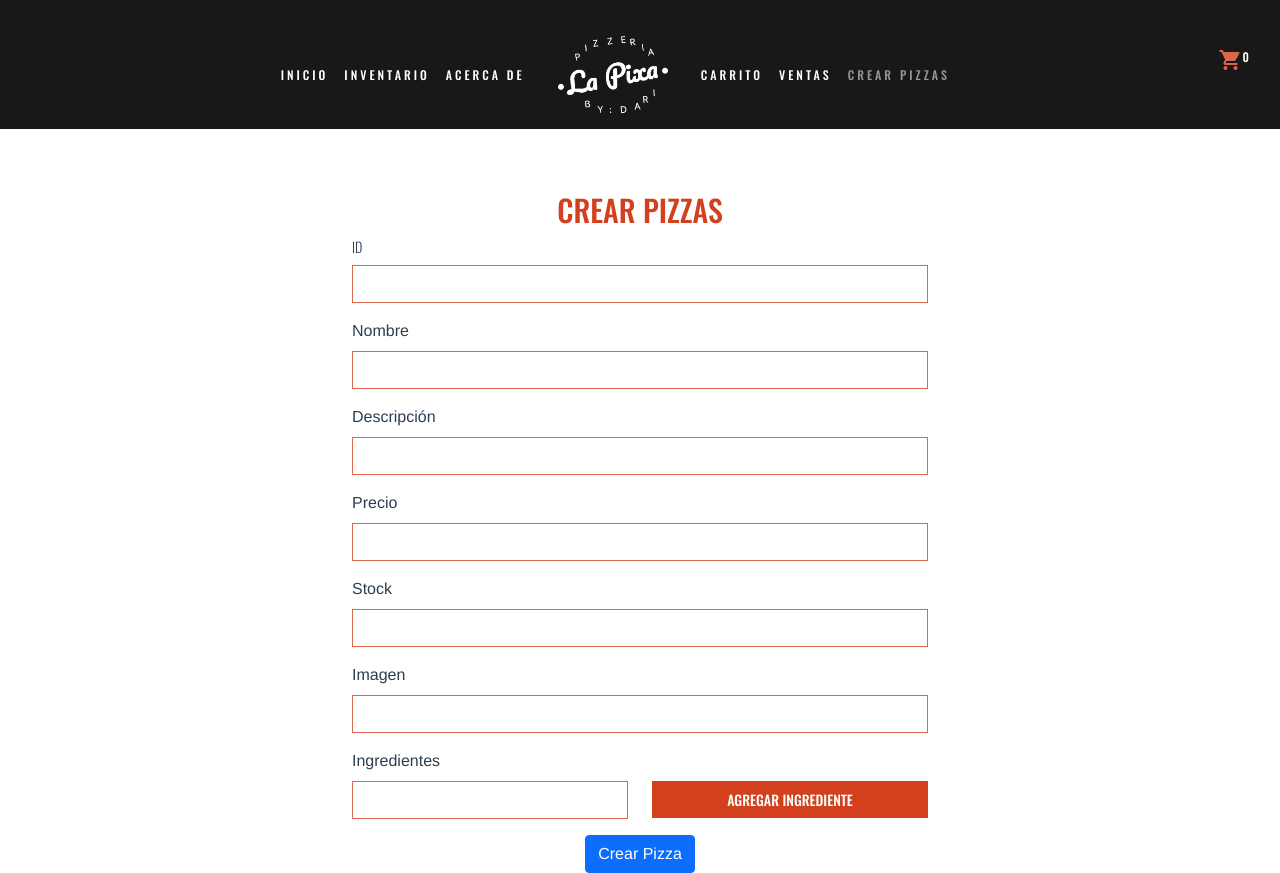
Repository: Darigo30/prueba-vue-dari-pizza
Page: /crearPizzas
The author's editor kept a copy of each file at every save. The page is drawn from the files as they stood at one save, then again after the next save.
The browser window is 1280 px wide. The pictures show the whole page.
The project was rebuilt for these pictures with package versions that can differ from the ones it lists, and the page was loaded fresh each time. Also part of the build but not shown: src/views/Home.vue.

Above is the page before, as saved 2021-05-23 22:52:30.

After the next save:
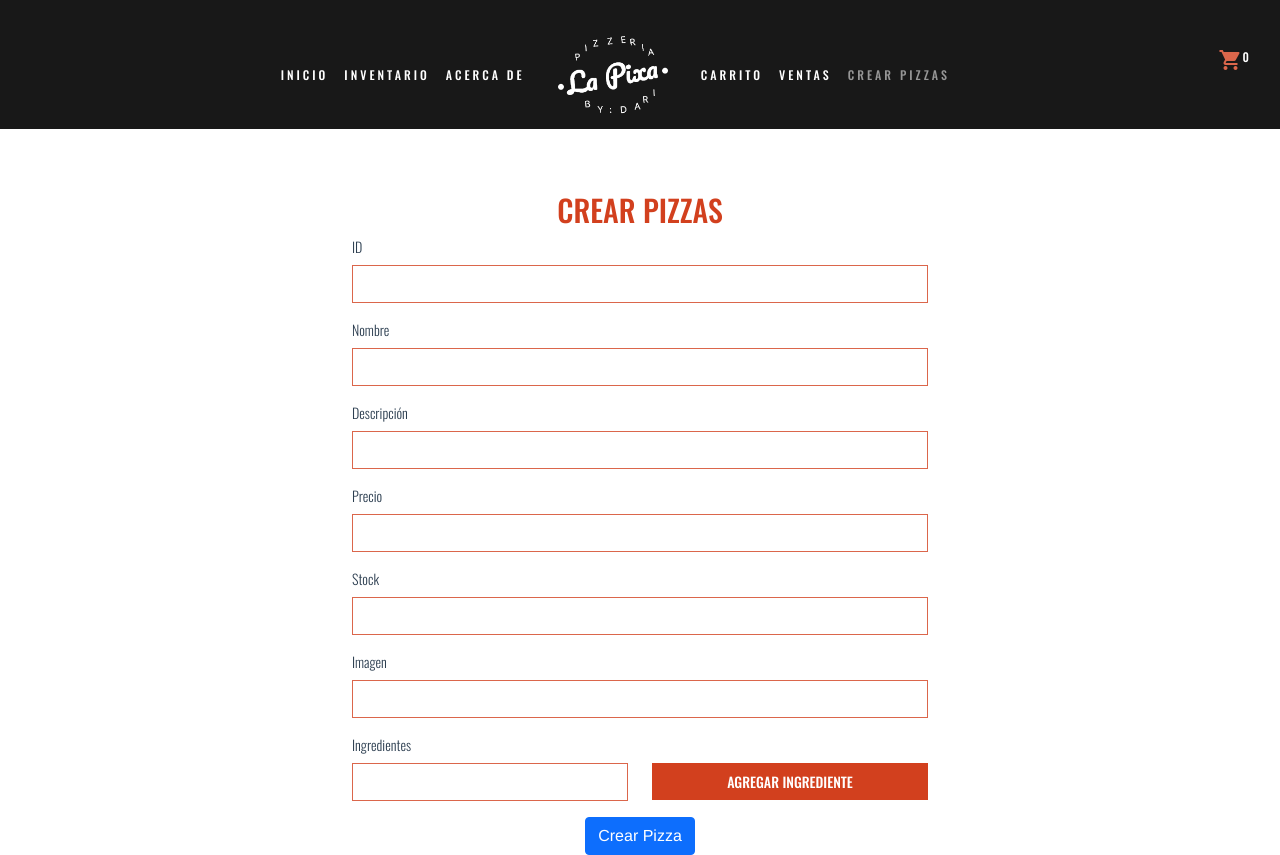
Saved 29 s later.
--- a/src/views/CrearPizzas.vue
+++ b/src/views/CrearPizzas.vue
@@ -9,27 +9,27 @@
             <input type="text" class="form-control bord-fo" v-model="pizza.id" />
           </div>
           <div class="mb-3 text-start">
-            <label class="form-label">Nombre</label>
+            <label class="form-label descrip">Nombre</label>
             <input type="text" class="form-control bord-fo" v-model="pizza.name" />
           </div>
           <div class="mb-3 text-start">
-            <label class="form-label">Descripción</label>
+            <label class="form-label descrip">Descripción</label>
             <input type="text" class="form-control bord-fo" v-model="pizza.desc" />
           </div>
           <div class="mb-3 text-start">
-            <label class="form-label">Precio</label>
+            <label class="form-label descrip">Precio</label>
             <input type="text" class="form-control bord-fo" v-model="pizza.price" />
           </div>
           <div class="mb-3 text-start">
-            <label class="form-label">Stock</label>
+            <label class="form-label descrip">Stock</label>
             <input type="text" class="form-control bord-fo" v-model="pizza.stock" />
           </div>
           <div class="mb-3 text-start">
-            <label class="form-label">Imagen</label>
+            <label class="form-label descrip">Imagen</label>
             <input type="text" class="form-control bord-fo" v-model="pizza.img" />
           </div>
           <div class="mb-3 text-start">
-            <label class="form-label">Ingredientes</label>
+            <label class="form-label descrip">Ingredientes</label>
             <div class="row">
                 <div class="col-sm-6">
                     <input type="text"  v-model="ingrediente" class="form-control bord-fo" />
